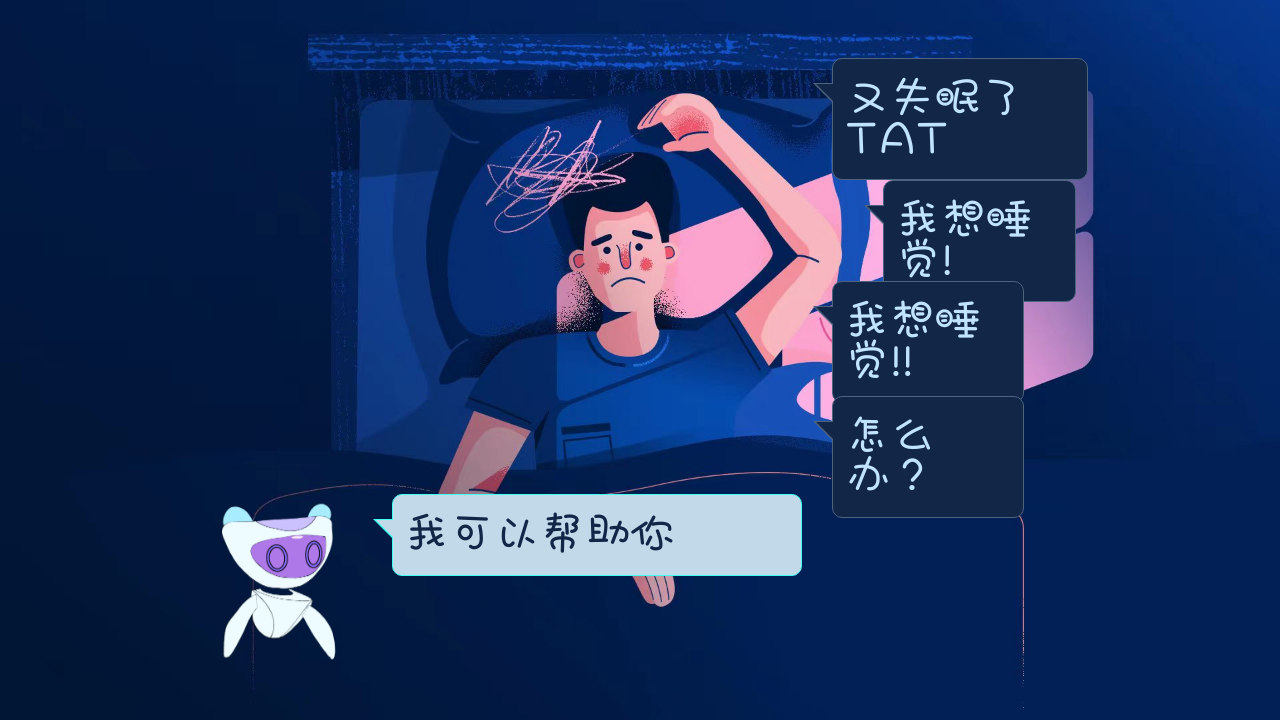
Repository: chjyume/zhongyi
Page: index2.html
The author's editor kept a copy of each file at every save. The page is drawn from the files as they stood at one save, then again after the next save.
The browser window is 1280 px wide. The page is 1288 px wide, so the pictures cover 1288 px, including what lies to the right of the window. The pictures show the whole page.

Above is the page before, as saved 2023-06-27 09:34:04.

After the next save:
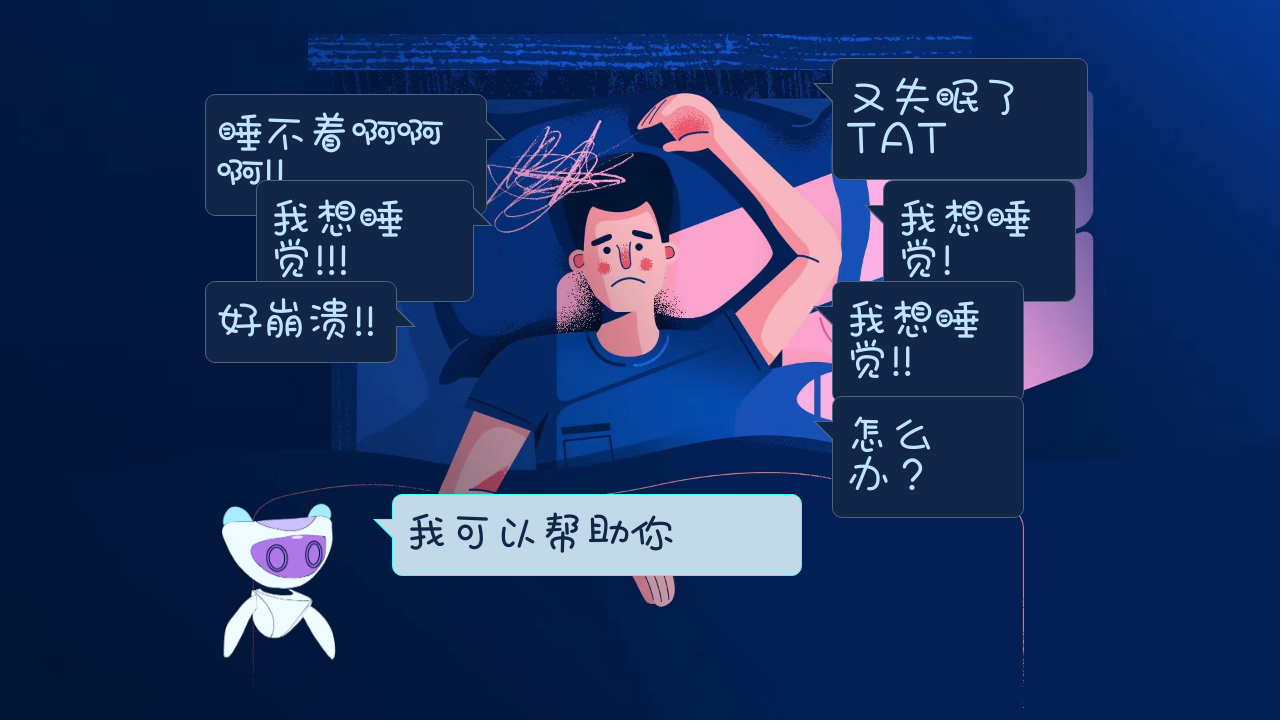
Saved 4 min 9 s later.
--- a/index2.html
+++ b/index2.html
@@ -21,7 +21,7 @@
 	}
 	</style>
 	<body>
-		<div id="man" tabindex="1">
+		<div class="man" id="man" tabindex="1">
 		<div class="bubble1" id="text1"  tabindex="1" style="width: calc(18%)">又失眠了TAT</div>
 		<div class="bubble1" id="text2"  tabindex="1" style="width: calc(13%)">我想睡觉!</div>
 		<div class="bubble1" id="text4"  tabindex="1" style="width: calc(13%)">我想睡觉!!</div>
--- a/css/index2.css
+++ b/css/index2.css
@@ -10,7 +10,7 @@
     background: #122648;
     border: 1px solid #4e637e;
     border-radius: 10px;
-    display: "";
+    opacity: 0;
   }
 
   .bubble1::before,
@@ -47,7 +47,7 @@
     background: #122648;
     border: 1px solid #4e637e;
     border-radius: 10px;
-    display: none;
+    opacity: 1;
   }
 
 
@@ -101,10 +101,10 @@
 
   @keyframes bubble {
     0% {
-     display: none;
+      opacity: 0;
   }
   100% {
-    display:"";
+    opacity: 1;
   }
 }
 
@@ -132,7 +132,7 @@
 }
 
   #man:has(>#text5:focus){
-    animation: bubble 3s ease-out 0s 1 reverse forwards;
+    animation: man 1s ease-out 0s 1 reverse forwards;
   }
 
 @keyframes rebubble {
@@ -147,7 +147,16 @@
 }
 }
 
-
+@keyframes man{
+  0%{
+    opacity: 1;
+    display:block;
+  }
+  100%{
+    opacity: 0;
+    display: none;
+  }
+}
 
 /* AI机器人部分 */
 #robot{
